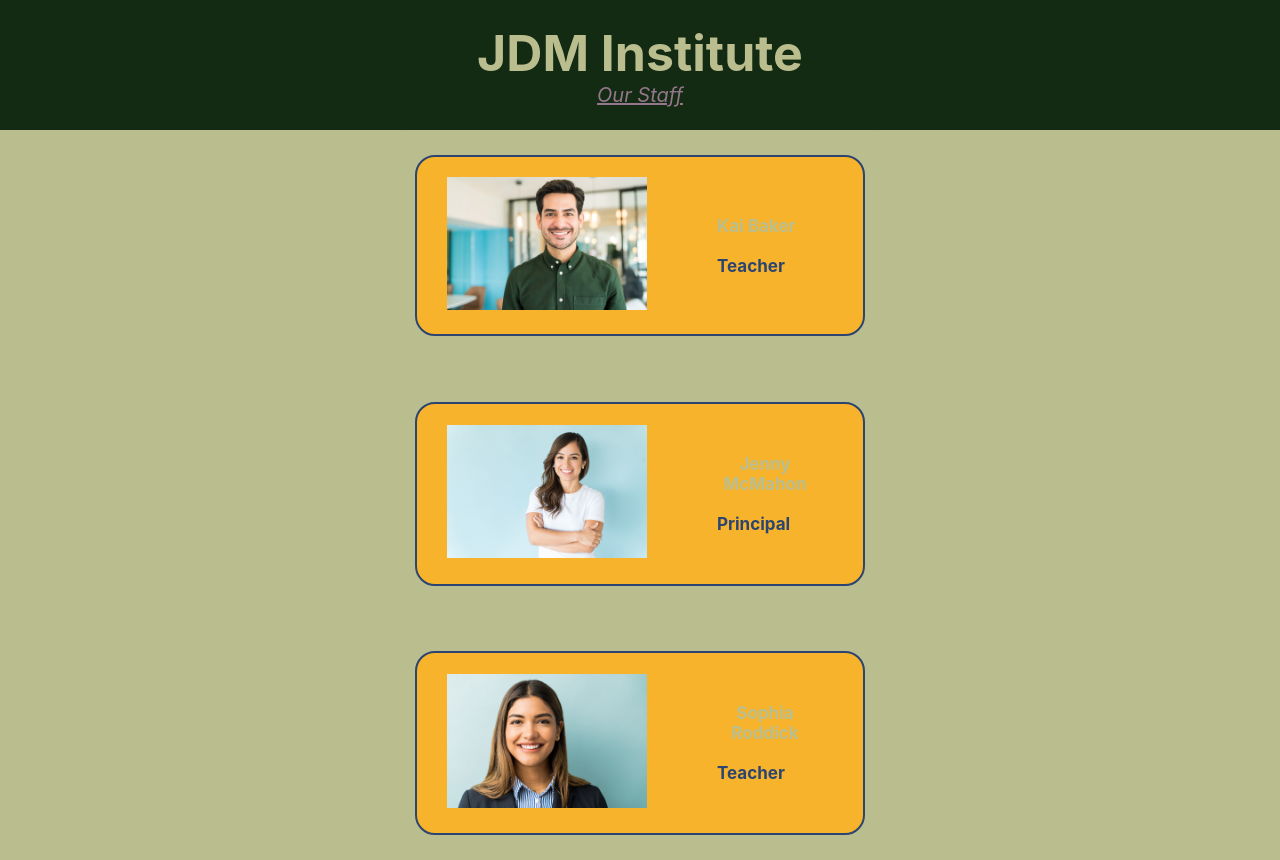
Repository: jennydmcm/class03practice
Page: /about
The author's editor kept a copy of each file at every save. The page is drawn from the files as they stood at one save, then again after the next save.
The browser window is 1280 px wide. The pictures show the whole page.
The project was rebuilt for these pictures with package versions that can differ from the ones it lists, and the page was loaded fresh each time. The framework's server and built-in components were replaced by stand-ins that run in the browser. Also part of the build but not shown: next.config.js.

Above is the page before, as saved 2023-01-24 21:29:15.

After the next save:
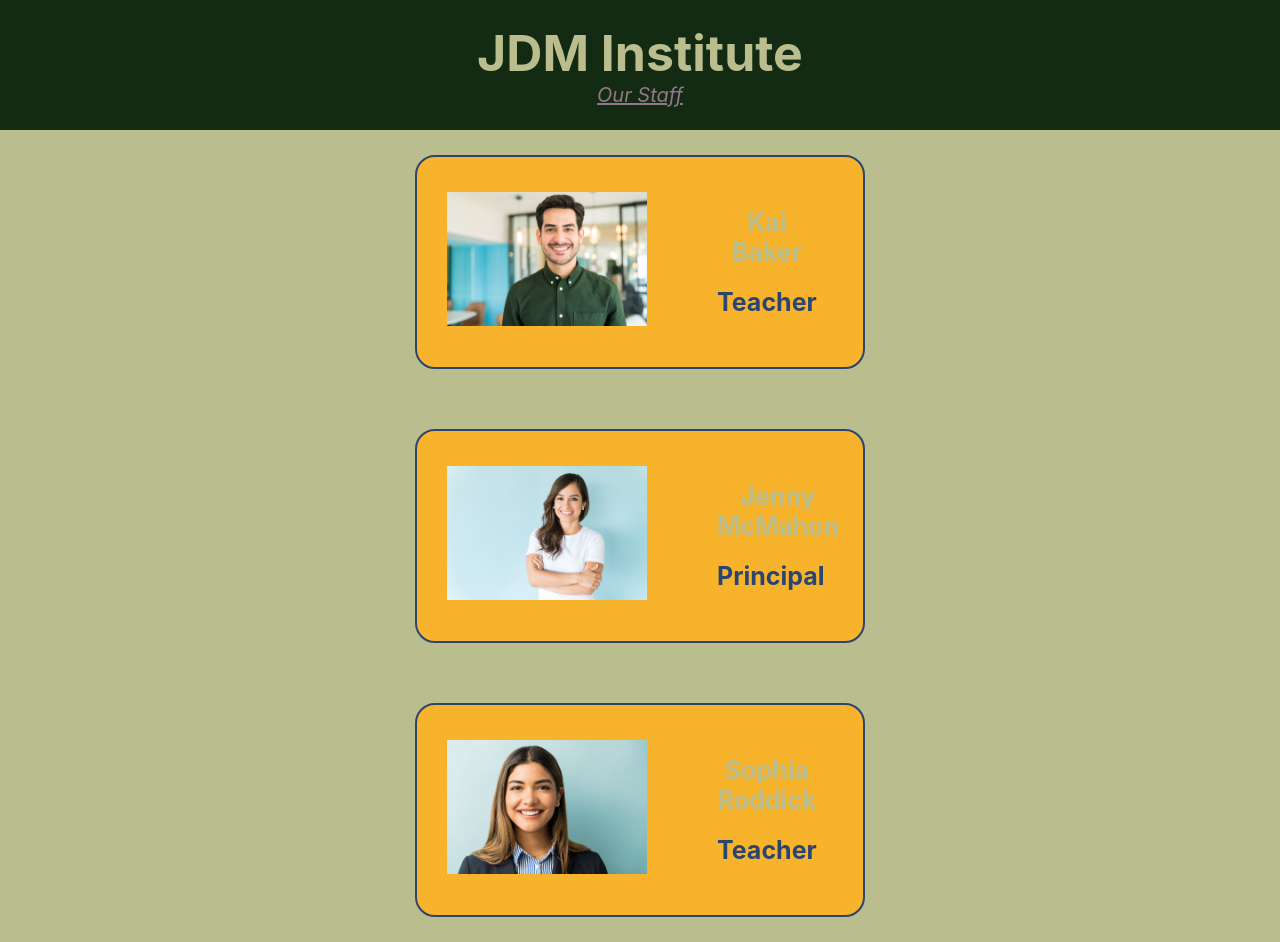
Saved 47 s later.
--- a/pages/about.js
+++ b/pages/about.js
@@ -37,8 +37,7 @@ export default function About() {
                 position={info.position}
                 colourCard="#f7b32b"
                 colourInfo="#EFCA08"
-                colourBorder="#2B4570"
-                font="17px"
+                font="25px"
                 fontColour="#2B4570"
                 />
               )
